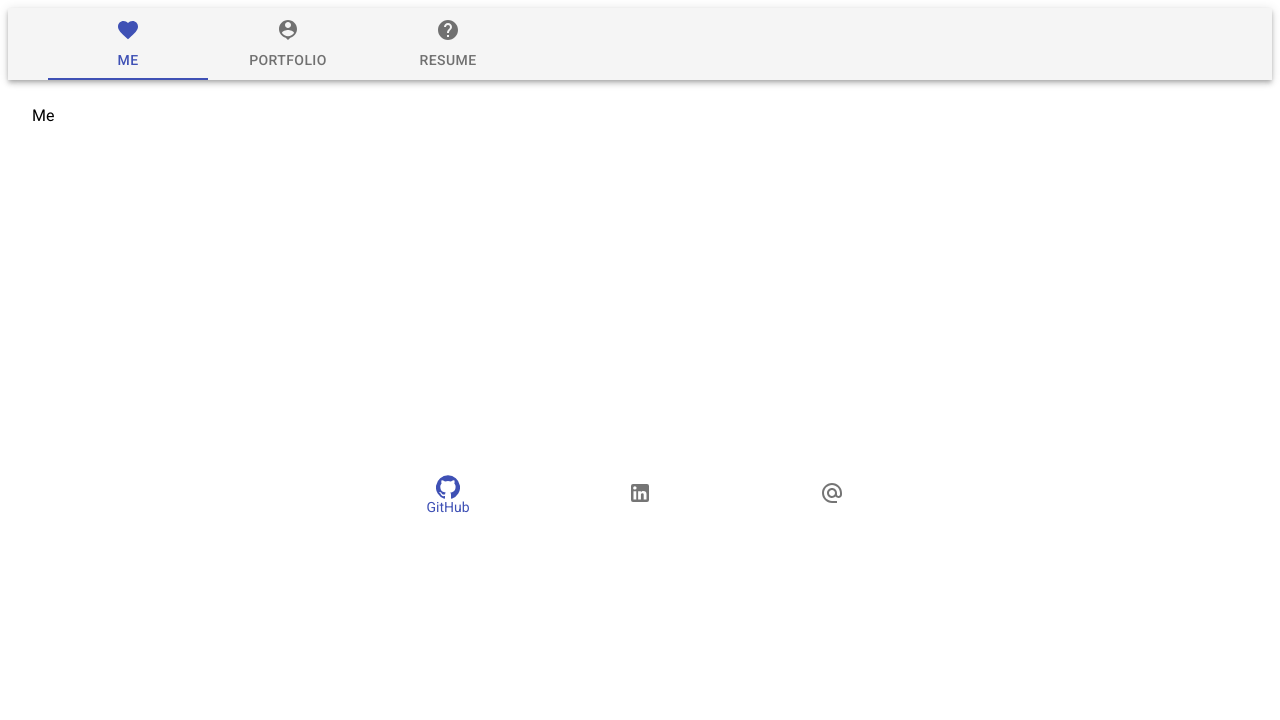
Repository: mandahos/hoshor
Page: /
These files come from the project's save history. The page is drawn as it stood at one moment and after the next save; the edit follows.
The browser window is 1280 px wide. The pictures show the whole page.
The project was rebuilt for these pictures with package versions that can differ from the ones it lists, and the page was loaded fresh each time. Also part of the build but not shown: src/components/Portfolio/index.js, src/components/Resume/index.js. Imported but missing from the stored project, and not drawn on this page: src/assets/resume/Amanda_Hoshor_Resume.PDF, src/assets/resume/Resume_Hoshor (1).pdf.

Above is the page before, as saved 2021-08-19 22:37:37.

### public/index.html
<!DOCTYPE html>
<html lang="en">
  <head>
    <meta charset="utf-8" />
    <link rel="icon" href="%PUBLIC_URL%/favicon.ico" />
    <meta name="viewport" content="width=device-width, initial-scale=1" />
    <meta name="theme-color" content="#000000" />
    <meta
      name="description"
      content="Web site created using create-react-app"
    />
    <link rel="apple-touch-icon" href="%PUBLIC_URL%/logo192.png" />
    <link rel="stylesheet" href="https://fonts.googleapis.com/css?family=Roboto:300,400,500,700&display=swap" />
    <!--
      manifest.json provides metadata used when your web app is installed on a
      user's mobile device or desktop. See https://developers.google.com/web/fundamentals/web-app-manifest/
    -->
    <link rel="stylesheet" href="https://fonts.googleapis.com/icon?family=Material+Icons" />
    <link rel="manifest" href="%PUBLIC_URL%/manifest.json" />
    <!--
      Notice the use of %PUBLIC_URL% in the tags above.
      It will be replaced with the URL of the `public` folder during the build.
      Only files inside the `public` folder can be referenced from the HTML.

      Unlike "/favicon.ico" or "favicon.ico", "%PUBLIC_URL%/favicon.ico" will
      work correctly both with client-side routing and a non-root public URL.
      Learn how to configure a non-root public URL by running `npm run build`.
    -->
    <title>Hoshor</title>
  </head>
  <body>
    <noscript>You need to enable JavaScript to run this app.</noscript>
    <div id="root"></div>
    <!--
      This HTML file is a template.
      If you open it directly in the browser, you will see an empty page.

      You can add webfonts, meta tags, or analytics to this file.
      The build step will place the bundled scripts into the <body> tag.

      To begin the development, run `npm start` or `yarn start`.
      To create a production bundle, use `npm run build` or `yarn build`.
    -->
  </body>
</html>

### src/index.js
import React from 'react';
import ReactDOM from 'react-dom';
import './css/styles.css';
import App from './App';

ReactDOM.render(
  <React.StrictMode>
    <App />

  </React.StrictMode>,
  document.getElementById('root')
);

// If you want to start measuring performance in your app, pass a function
// to log results (for example: reportWebVitals(console.log))
// or send to an analytics endpoint. Learn more: https://bit.ly/CRA-vitals

### src/css/styles.css
.App {
  font-family: Arial, Helvetica, sans-serif;
  text-align: center;
  background-color: #7A6174;
  color: white
}
h1 {
  font-size: 48px;

}
h2 {
  font-size: 14px
}
.About {
  font-family: Cambria, Cochin, Georgia, Times, 'Times New Roman', serif
}
h3 {
  text-align: left;
}

p {
  text-align: left;
}

### src/App.js
import React, { useState } from "react";
import "./css/styles.css";
import  Navigation from "./components/Navigation";
import  Me  from "./components/Me";
import  Footer  from "./components/Footer";
import Portfolio from "./components/Portfolio";
import Resume from "./components/Resume"
// import background from "./assets/images/plug.png"


export default function App() {
  const [projects] = useState([
    {
      name: "Med-Planner",
      description: "A web application which provides caregivers and patients an easy solution for managing their apointments.",
      url: "https://mandahos.github.io/med-planner/",
      github: "https://github.com/mandahos/med-planner.git",
      image: "med-planner.jpg"

    }
  ])

  const [meSelected, setMeSelected] = useState(true);
  const [portfolioSelected, setPortfolioSelected] = useState(false);
  const [resumeSelected, setResumeSelected] = useState (false);

  return (
    <div>
      <Navigation
      // meSelected={meSelected}
      // setMeSelected={setMeSelected}
      // portfolioSelected={portfolioSelected}
      // setPortfolioSelected={setPortfolioSelected}
      // resumeSelected={resumeSelected}
      // setResumeSelected={setResumeSelected}
      />

      {/* {portfolioSelected ? (<Portfolio projects={projects}/>) */}
        {/* : resumeSelected ? (<Resume />) */}
        {/* : (<Me />)} */}

        <Footer />
    </div>
  )
}

### src/components/Navigation/index.js
import React from 'react';
import PropTypes from 'prop-types';
import { makeStyles } from '@material-ui/core/styles';
import AppBar from '@material-ui/core/AppBar';
import Tabs from '@material-ui/core/Tabs';
import Tab from '@material-ui/core/Tab';

import FavoriteIcon from '@material-ui/icons/Favorite';
import PersonPinIcon from '@material-ui/icons/PersonPin';
import HelpIcon from '@material-ui/icons/Help';

import Typography from '@material-ui/core/Typography';
import Box from '@material-ui/core/Box';

import Me from '../Me/index'
import Portfolio from '../Portfolio/index'
import Resume from '../Resume/index'

function TabPanel(props) {
  const { children, value, index, ...other } = props;

  return (
    <div
      role="tabpanel"
      hidden={value !== index}
      id={`scrollable-force-tabpanel-${index}`}
      aria-labelledby={`scrollable-force-tab-${index}`}
      {...other}
    >
      {value === index && (
        <Box p={3}>
          <Typography>{children}</Typography>
        </Box>
      )}
    </div>
  );
}

TabPanel.propTypes = {
  children: PropTypes.node,
  index: PropTypes.any.isRequired,
  value: PropTypes.any.isRequired,
};

function a11yProps(index) {
  return {
    id: `scrollable-force-tab-${index}`,
    'aria-controls': `scrollable-force-tabpanel-${index}`,
  };
}

const useStyles = makeStyles((theme) => ({
  root: {
    flexGrow: 1,
    width: '100%',
    backgroundColor: theme.palette.background.paper,
  },
}));

export default function ScrollableTabsButtonForce() {
  const classes = useStyles();
  const [value, setValue] = React.useState(0);

  const handleChange = (event, newValue) => {
    setValue(newValue);
  };


  return (
    <>
    <div className={classes.root}>
      <AppBar position="static" color="default">
        <Tabs
          value={value}
          onChange={handleChange}
          variant="scrollable"
          scrollButtons="on"
          indicatorColor="primary"
          textColor="primary"
          aria-label="scrollable force tabs example"
        >

          <Tab label="Me" icon={<FavoriteIcon />} {...a11yProps(0)} />
          <Tab label="Portfolio" icon={<PersonPinIcon />} {...a11yProps(1)} />
          <Tab label="Resume" icon={<HelpIcon />} {...a11yProps(2)} />
          </Tabs>
      </AppBar>


      <TabPanel value={value } index={0}  >
      Me
      </TabPanel>
      <TabPanel value={value } index={1}  >
        Portfolio
      </TabPanel>
      <TabPanel value={value} index={2} >
        Resume
      </TabPanel>

      {/* {value === 0 && <Me />} */}
      {value === 1 && <Portfolio />}
      {value === 2 && <Resume /> }

    </div>
    </>
  );
}

### src/components/Footer/index.js
import React from 'react';
import { makeStyles } from '@material-ui/core/styles';
import BottomNavigation from '@material-ui/core/BottomNavigation';
import BottomNavigationAction from '@material-ui/core/BottomNavigationAction';
import LinkedInIcon from '@material-ui/icons/LinkedIn';
import GitHubIcon from '@material-ui/icons/GitHub';
import AlternateEmailIcon from '@material-ui/icons/AlternateEmail';
import CSS from './footer.css'

const useStyles = makeStyles({
  root: {
    width: 500,
  },
});

export default function LabelBottomNavigation() {
  const footer = useStyles();
  const [value, setValue] = React.useState('recents');

  const handleChange = (event, newValue) => {
    setValue(newValue);
  };

  return (
    <BottomNavigation value={value} onChange={handleChange} className={footer}>
      <BottomNavigationAction a href="https://github.com/mandahos" label="GitHub" value="recents" icon={<GitHubIcon />} />
      <BottomNavigationAction a href="https://www.linkedin.com/in/amanda-hoshor/" label="LinkedIn" value="favorites" icon={<LinkedInIcon />} />
      <BottomNavigationAction a href="mailto:hoshor.manda@gmail.com" label="Email" value="nearby" icon={<AlternateEmailIcon />} />

    </BottomNavigation>
  );
}

### src/components/Footer/footer.css
.root {
    display: block;
    margin-left: auto;
    margin-right: auto;
    margin-top: 25%;
    justify-content: center;
}

### src/components/Me/index.js
import React from 'react';
import {
  Container,
  Stack,
  Flex,
  Box,
  Heading,
  Text,
  Image

} from '@chakra-ui/react';


import picture from '../../assets/images/react-profile.png'

const Me = () => {


  return (

    <Container maxW={'7xl'}>
      <Stack
        align={'center'}
        spacing={{ base: 8, md: 10 }}
        py={{ base: 20, md: 28 }}
        direction={{ base: 'column', md: 'row' }}>

        <Stack flex={1} spacing={{ base: 5, md: 10 }}>
          <Heading
            lineHeight={1.1}
            fontWeight={800}
            fontSize={36}
            >
            <Text
              as={'span'}
              position={'relative'}
              _after={{
                content: "''",
                width: 'full',
                height: '80%',
                position: 'absolute',
                bottom: 1,
                left: 0,
                bg: 'red.400',
                zIndex: -1,

              }}>
              Hiya,
            </Text>
            <br />

          </Heading>
          <Text color={'black.500'}>
            My name is Amanda Hoshor. Web development recent graduate. Looking to enter the exciting world of web coding in an oppurtunity that provides growth.
            <br/>
            Background in data entry and quality assurance. Obtained an information management degree in 2016. Strong background in quality assurance and control.
          </Text>
          <Stack
            spacing={{ base: 4, sm: 6 }}
            direction={{ base: 'column', sm: 'row' }}>

          </Stack>
        </Stack>
        <Flex
          flex={1}
          justify={'center'}
          align={'center'}
          position={'relative'}
          w={'full'}>

          <Box
            position={'relative'}
            height={'300px'}
            rounded={'2xl'}
            boxShadow={'2xl'}
            width={'full'}
            overflow={'hidden'}>

            <Image
              alt={'Me'}
              fit={'cover'}
              align={'center'}
              w={'100%'}
              h={'75%'}
              src={
                picture
              }
            />
          </Box>
        </Flex>
      </Stack>
    </Container>
  );
}

export default Me;

After the next save:
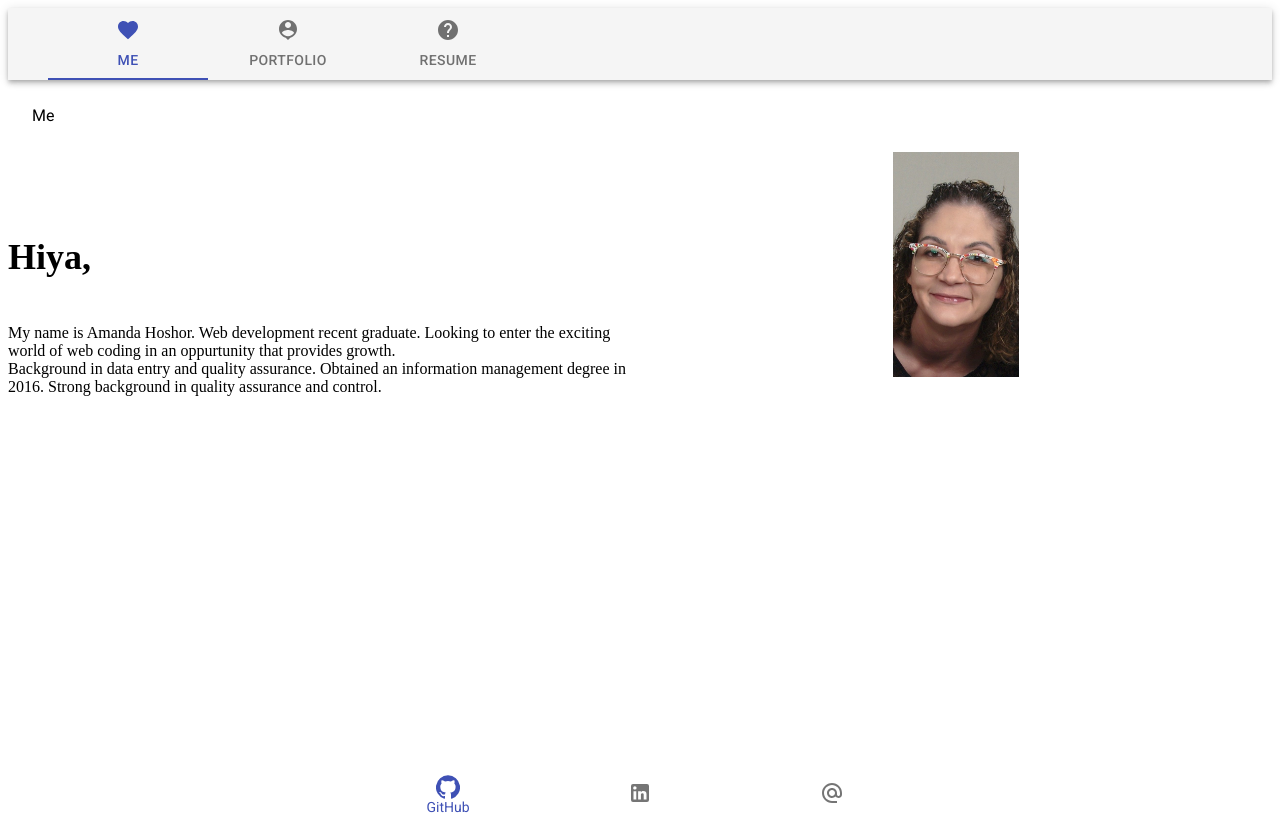
Saved 24 s later.
--- a/src/components/Navigation/index.js
+++ b/src/components/Navigation/index.js
@@ -97,7 +97,7 @@ export default function ScrollableTabsButtonForce() {
         Resume
       </TabPanel>
 
-      {/* {value === 0 && <Me />} */}
+      {value === 0 && <Me />}
       {value === 1 && <Portfolio />}
       {value === 2 && <Resume /> }
 
